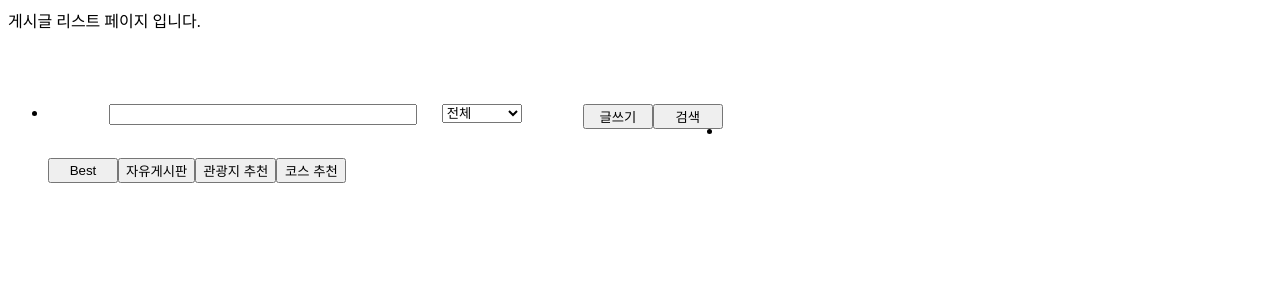
Repository: HJCroCat/project4
Page: http://localhost/koravle/boardMain.jsp
The author's editor kept a copy of each file at every save. The page is drawn from the files as they stood at one save, then again after the next save.
The browser window is 1280 px wide. The pictures show the whole page.
The page is served by Tomcat 9. Nobody is signed in. The application's start-up code is not run. Other server files are loaded and not shown.

Above is the page before, as saved 2021-12-10 09:53:32.

### koravle/koravle/src/main/webapp/boardMain.jsp
<%@ page language="java" contentType="text/html; charset=UTF-8"
    pageEncoding="UTF-8"%>
<!DOCTYPE html>
<html>
<head>
<meta charset="UTF-8">
<title>Insert title here</title>

<link href="resources/style/stylecss.css" rel="stylesheet">
<script type="text/javascript" src="resources/js/jquery-1.7.1.js"></script>

</head>
<body>
	<div class="boardHeader">
		게시글 리스트 페이지 입니다.
	</div>
		<ul>
			<li>
				<input type="text" name="searchWord" id="searchWord">
				<select name="selectSearch" id="selectSearch">
					<option value="1" selected>전체</option>
					<option value="boardName">글제목</option>
					<option value="regionName">관광지</option>
					<option value="boardWriter">작성자</option>
				</select>
				<button href="boardWrite.do" class="btn" >글쓰기</button>
				<button href="boardList.do" class="btn" >검색</button>
			</li>
			<li>
				<br/>
				<br/>
				<button class="btn" href="boardList.do" name="boardBest">Best</button>
				<button class="btn" href="boardList.do" name="boardFree">자유게시판</button>
				<button class="btn" href="boardList.do" name="boardRegion">관광지 추천</button>
				<button class="btn" href="boardList.do" name="boardCourse">코스 추천</button>
			</li>
		</ul>





	<div class="footer">

	</div>

<script src="resources//js/jquery.min.js"></script>
<script src="resources/js/scripts.js"></script>

</body>
</html>

### koravle/koravle/src/main/webapp/resources/style/stylecss.css
.boardHeader{
	height:80px;
}

.btn{
	float: left;
	max-width:100px;
	min-width:70px;
	height: 25px;
}

#searchWord{
	float: left;
	width: 35%;
	margin-left:5%;
	margin-right:2%;
	max-width:300px;
}

#selectSearch{
	float: left;
	width: 10%;
	margin-right:5%;
	max-width:80px;
}

Loaded but not shown: koravle/koravle/src/main/webapp/resources/js/jquery-1.7.1.js (library); koravle/koravle/src/main/webapp/resources/js/jquery.min.js (library)

After the next save:
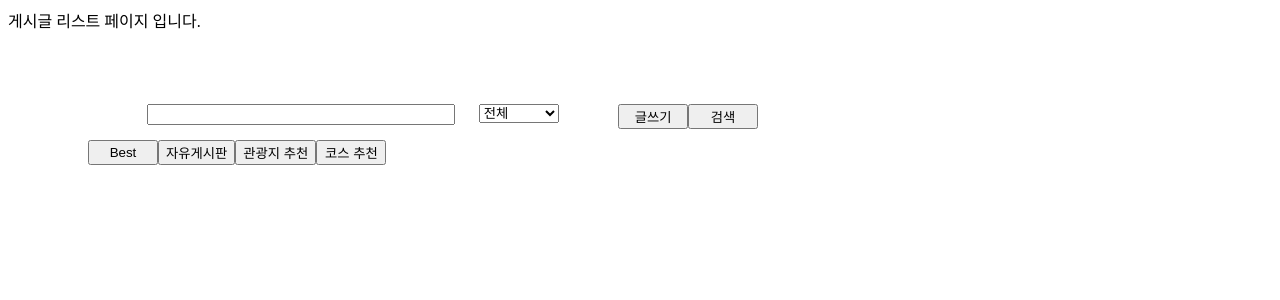
Saved 44 s later.
--- a/koravle/koravle/src/main/webapp/boardMain.jsp
+++ b/koravle/koravle/src/main/webapp/boardMain.jsp
@@ -15,7 +15,7 @@
 		게시글 리스트 페이지 입니다.
 	</div>
 		<ul>
-			<li>
+			<ol>
 				<input type="text" name="searchWord" id="searchWord">
 				<select name="selectSearch" id="selectSearch">
 					<option value="1" selected>전체</option>
@@ -25,15 +25,15 @@
 				</select>
 				<button href="boardWrite.do" class="btn" >글쓰기</button>
 				<button href="boardList.do" class="btn" >검색</button>
-			</li>
-			<li>
+			</ol>
+			<ol>
 				<br/>
 				<br/>
 				<button class="btn" href="boardList.do" name="boardBest">Best</button>
 				<button class="btn" href="boardList.do" name="boardFree">자유게시판</button>
 				<button class="btn" href="boardList.do" name="boardRegion">관광지 추천</button>
 				<button class="btn" href="boardList.do" name="boardCourse">코스 추천</button>
-			</li>
+			</ol>
 		</ul>
 
 
